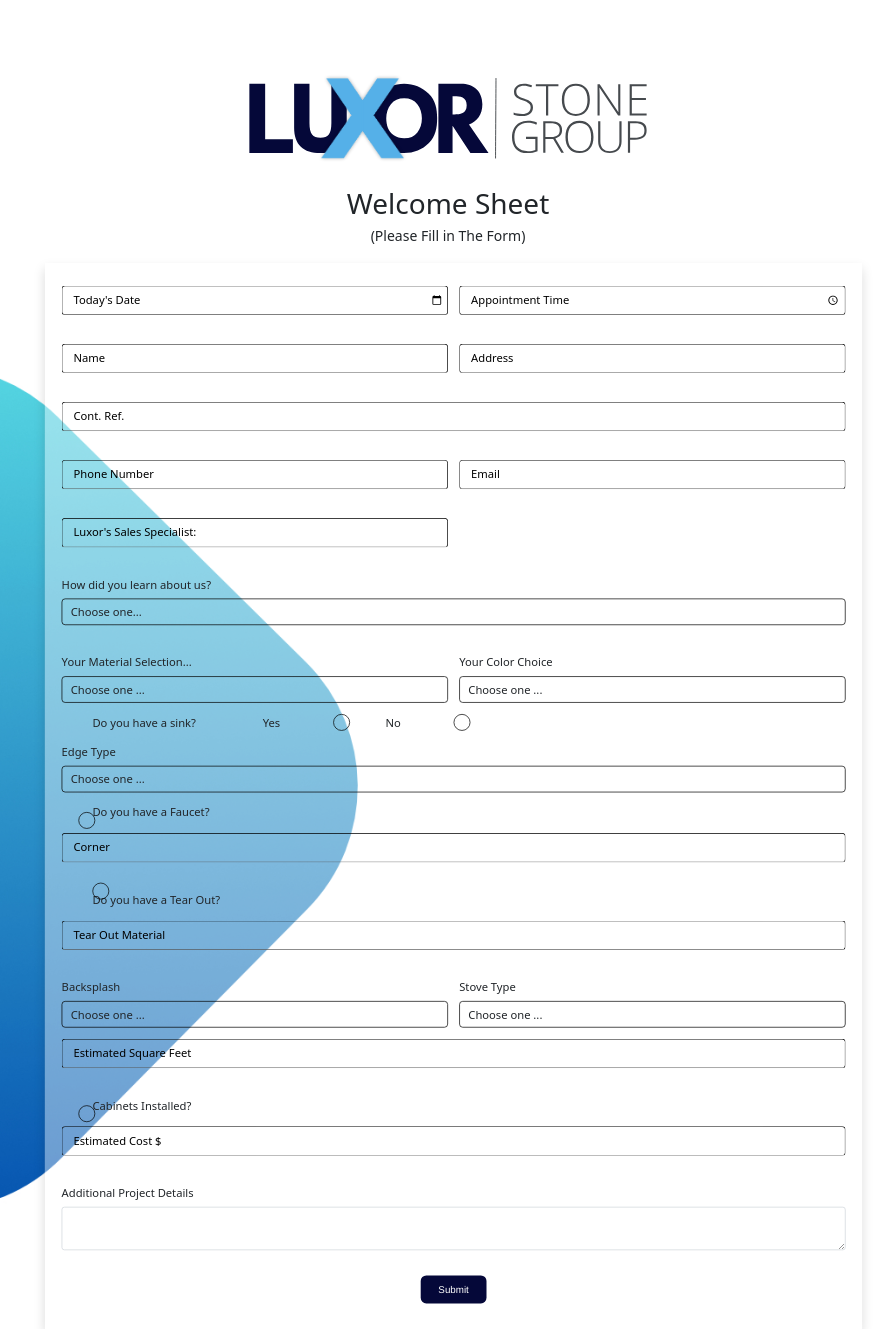
Repository: aya7abbal/Luxor-Customer-Form
Page: index.html
The author's editor kept a copy of each file at every save. The page is drawn from the files as they stood at one save, then again after the next save.
The browser window is 1280 px wide. The pictures show the whole page, at 70% of full size.
The style sheet was rebuilt from its Sass, Less or Tailwind sources for each picture, by a compiler version that may differ from the author's.

Above is the page before, as saved 2023-10-22 10:24:36.

### index.html
<!DOCTYPE html>
<html lang="en">
  <head>
    <meta charset="UTF-8" />
    <meta http-equiv="X-UA-Compatible" content="IE=edge" />
    <link
      href="https://cdn.jsdelivr.net/npm/bootstrap@5.0.2/dist/css/bootstrap.min.css"
      rel="stylesheet"
      integrity="sha384-EVSTQN3/azprG1Anm3QDgpJLIm9Nao0Yz1ztcQTwFspd3yD65VohhpuuCOmLASjC"
      crossorigin="anonymous"
    />
    <link rel="stylesheet" href="./Styles/styles.css" />
    <meta name="viewport" content="width=device-width, initial-scale=1.0" />
    <script src="./script.js"></script>

    <title>Document</title>
  </head>
  <body class="p-3">
    <div class="container">
      <div class="row py-4 py-lg-6">
        <div class="col-lg-12 d-flex align-items-center justify-content-center">
          <div style="z-index: 1" class="lc-block mb-n3 mb-lg-0">
            <img
              class="img-fluid p-3 m-3 logo"
              src="./Images/logo.svg"
              alt="Luxor Stone Group Logo"
            />
          </div>
          <!-- /lc-block -->
        </div>
        <!-- /col -->

        <div class="d-flex-col text-center">
          <h1>Welcome Sheet</h1>

          <p class="lead">(Please Fill in The Form)</p>
        </div>
        <!-- /lc-block -->
      </div>
    </div>

    <div class="box">
      <form class="row g-3 shadow p-3 mx-4 mx-md-5">
        <!-- Date -->
        <div class="col-md-6 col-12 input-container">
          <input type="date" required id="date" />

          <label for="date">Today's Date</label>
        </div>

        <!-- Time -->
        <div class="col-md-6 col-12 input-container">
          <input type="time" id="aptTime" required="" />

          <label for="aptTime">Appointment Time</label>
        </div>
        <!-- Name -->
        <div class="col-12 col-md-6 input-container">
          <input type="text" required />
          <label for="name">Name</label>
        </div>

        <!-- Address -->
        <div class="col-12 col-md-6 input-container">
          <input type="text" required id="address" />
          <label for="address">Address</label>
        </div>
        <!-- Cont. Ref. -->
        <div class="col-12 input-container">
          <input type="text" id="contRef" required="" />
          <label for="contRef">Cont. Ref.</label>
        </div>
        <!-- Phone Number -->
        <div class="col-md-6 col-12 input-container">
          <input type="number" id="mobile" required />
          <label for="mobile">Phone Number</label>
        </div>
        <!--Email -->
        <div class="col-md-6 col-12 input-container">
          <input type="emal" required id="email" />
          <label for="email">Email</label>
        </div>
        <!-- Project One
        <div class="col-md-6 col-12 input-container">
          <input type="text"  id="pone" required=""/>
          <label for="pone">Project One</label>
        </div>
        Project Two
        <div class="col-md-6 col-12 input-container">
          <input type="text"  id="ptwo" required=""/>
          <label for="ptwo">Project Two</label>
        </div> -->
        <!-- Sales Consultant -->
        <div class="col-md-6 col-12 input-container">
          <input type="text" required id="cons" />
          <label for="cons">Luxor's Sales Specialist:</label>
        </div>
        <!-- Tel -->
        <!-- <div class="col-md-6 col-12 input-container">
              <input type="text"  id="tel" required=""/>
              <label for="tel">Tel:</label>
            </div> -->

        <!-- Learn
    how -->
        <div class="col-12">
          <label for="learnHow" class="form-label"
            >How did you learn about us?</label
          >
          <select
            id="learnHow"
            class="form-select input-container"
            required
            onchange="otherSelected()"
          >
            <option value="">Choose one...</option>
            <option value="Google">Google</option>
            <option value="Facebook">Facebook</option>
            <option value="Instagram">Instagram</option>
            <option value="Mail">Direct Mail</option>
            <option value="Television">Television</option>
            <option value="Billboard">Billboard</option>
            <option value="Customer Referral">Customer Referral</option>
            <option value="Employee Referral">Employee Referral</option>
            <option value="social media">Other Social Media</option>
            <option>Other</option>
          </select>
          <div id="otherBox" style="display: none">
            If other: <input type="text" />
          </div>
        </div>
        <!-- Material Selection -->
        <div class="col-md-6">
          <label for="material" class="form-label"
            >Your Material Selection...</label
          >
          <select id="material" class="form-select" required>
            <option selected value="">Choose one ...</option>
            <option value="Granite">Granite</option>
            <option value="Quartz">Quartz</option>
            <option value="Quartzite">Quartzite</option>
            <option value="Marble">Marble</option>
            <option value="Onyx">Onyx</option>
            <option value="Porcelain">Porcelain</option>
          </select>
        </div>
        <!-- Color Choice -->
        <div class="col-md-6">
          <label for="color" class="form-label"> Your Color Choice</label>
          <select id="color" class="form-select" required>
            <option selected value="">Choose one ...</option>
            <option value="Shades of White">Shades of White</option>
            <option value="Shades of Brown">Shades of Brown</option>
            <option value="Shades of Grey">Shades of Grey</option>
            <option value="Shades of Blue">Shades of Blue</option>
            <option value="Shades of Green">Shades of Green</option>
            <option value="Shades of Black">Shades of Black</option>
          </select>
        </div>
        <!-- Sink Check -->
        <div class="col-12" >
          <div class="form-check" style="display: flex; justify-content: space-between;width: 50%; align-items: center;">
            <label class="form-check-label" for="sinkCheck">
              Do you have a sink?</label
            >
            <div class="yes">Yes</div>
            <div class="cbx">
              <input id="cbx" type="checkbox" />
              <label for="cbx"></label>
              <svg width="15" height="14" viewbox="0 0 15 14" fill="none">
                <path d="M2 8.36364L6.23077 12L13 2"></path>
              </svg>
              <svg xmlns="http://www.w3.org/2000/svg" version="1.1">
                <defs>
                  <filter id="goo">
                    <fegaussianblur
                      in="SourceGraphic"
                      stddeviation="4"
                      result="blur"
                    ></fegaussianblur>
                    <fecolormatrix
                      in="blur"
                      mode="matrix"
                      values="1 0 0 0 0  0 1 0 0 0  0 0 1 0 0  0 0 0 22 -7"
                      result="goo"
                    ></fecolormatrix>
                    <feblend in="SourceGraphic" in2="goo"></feblend>
                  </filter>
                </defs>
              </svg>
            </div>

            <div class="no">No</div>
            <div class="cbx">
              <input id="cbx" type="checkbox" />
              <label for="cbx"></label>
              <svg width="15" height="14" viewbox="0 0 15 14" fill="none">
                <path d="M2 8.36364L6.23077 12L13 2"></path>
              </svg>
              <svg xmlns="http://www.w3.org/2000/svg" version="1.1">
                <defs>
                  <filter id="goo">
                    <fegaussianblur
                      in="SourceGraphic"
                      stddeviation="4"
                      result="blur"
                    ></fegaussianblur>
                    <fecolormatrix
                      in="blur"
                      mode="matrix"
                      values="1 0 0 0 0  0 1 0 0 0  0 0 1 0 0  0 0 0 22 -7"
                      result="goo"
                    ></fecolormatrix>
                    <feblend in="SourceGraphic" in2="goo"></feblend>
                  </filter>
                </defs>
              </svg>
            </div>
          </div>
        </div>
        <!-- Edge Type -->
        <div class="col-12">
          <label for="edge" class="form-label"> Edge Type</label>
          <select id="edge" class="form-select" required>
            <option selected value="">Choose one ...</option>
            <option value="Erased">Erased</option>
            <option value="Half Bull Nose">Half Bull Nose</option>
            <option value="Fill Bull Nose">Fill Bull Nose</option>
            <option value="Erased">Quarter Bevel</option>
          </select>
        </div>
        <!-- Faucet Check -->
        <div class="col-12">
          <div class="form-check">
            <label class="form-check-label" for="sinkCheck">
              Do you have a Faucet?</label
            >
            <!-- <input class="form-check-input" type="checkbox" id="sinkCheck" /> -->

            <div class="cbx">
              <input id="cbx" type="checkbox" />
              <label for="cbx"></label>
              <svg width="15" height="14" viewbox="0 0 15 14" fill="none">
                <path d="M2 8.36364L6.23077 12L13 2"></path>
              </svg>
              <svg xmlns="http://www.w3.org/2000/svg" version="1.1">
                <defs>
                  <filter id="goo">
                    <fegaussianblur
                      in="SourceGraphic"
                      stddeviation="4"
                      result="blur"
                    ></fegaussianblur>
                    <fecolormatrix
                      in="blur"
                      mode="matrix"
                      values="1 0 0 0 0  0 1 0 0 0  0 0 1 0 0  0 0 0 22 -7"
                      result="goo"
                    ></fecolormatrix>
                    <feblend in="SourceGraphic" in2="goo"></feblend>
                  </filter>
                </defs>
              </svg>
            </div>
          </div>
        </div>
        <!-- Corner -->
        <div class="col-12 input-container">
          <input type="text" id="corner" required />
          <label for="corner">Corner</label>
        </div>

        <!-- Tear Out Check -->
        <div class="col-12">
          <div class="form-check">
            <label class="form-check-label" for="tearCheck">
              <!-- <input class="form-check-input" type="checkbox" id="tearCheck" /> -->
              <div class="cbx">
                <input id="cbx" type="checkbox" />
                <label for="cbx"></label>
                <svg width="15" height="14" viewbox="0 0 15 14" fill="none">
                  <path d="M2 8.36364L6.23077 12L13 2"></path>
                </svg>
                <svg xmlns="http://www.w3.org/2000/svg" version="1.1">
                  <defs>
                    <filter id="goo">
                      <fegaussianblur
                        in="SourceGraphic"
                        stddeviation="4"
                        result="blur"
                      ></fegaussianblur>
                      <fecolormatrix
                        in="blur"
                        mode="matrix"
                        values="1 0 0 0 0  0 1 0 0 0  0 0 1 0 0  0 0 0 22 -7"
                        result="goo"
                      ></fecolormatrix>
                      <feblend in="SourceGraphic" in2="goo"></feblend>
                    </filter>
                  </defs>
                </svg>
              </div>
              Do you have a Tear Out?</label
            >
          </div>
        </div>

        <!-- Tear Out Type -->
        <div class="col-12 input-container">
          <input type="text" id="tearMaterial" required />
          <label for="tearMaterial">Tear Out Material</label>
        </div>

        <!-- Backsplash-->
        <div class="col-md-6 col-12">
          <label for="backsplash" class="form-label"> Backsplash</label>
          <select id="backsplash" class="form-select" required>
            <option selected>Choose one ...</option>
            <option>4"</option>
            <option>6"</option>
            <option>Full</option>
          </select>
        </div>
        <!-- Stove Type -->
        <div class="col-md-6 col-12">
          <label for="stoveType" class="form-label"> Stove Type</label>
          <select id="stoveType" class="form-select" required>
            <option selected>Choose one ...</option>
            <option>Cook Top</option>
          </select>
        </div>
        <!--Area-->
        <div class="col-12 input-container">
          <input type="number" id="area" required />
          <label for="area">Estimated Square Feet</label>
        </div>
        <!-- Cabinets Check -->
        <div class="col-12">
          <div class="form-check">
            <label class="form-check-label" for="cabinets">
              Cabinets Installed?</label
            >
            <div class="cbx">
              <input id="cbx" type="checkbox" />
              <label for="cbx"></label>
              <svg width="15" height="14" viewbox="0 0 15 14" fill="none">
                <path d="M2 8.36364L6.23077 12L13 2"></path>
              </svg>
              <svg xmlns="http://www.w3.org/2000/svg" version="1.1">
                <defs>
                  <filter id="goo">
                    <fegaussianblur
                      in="SourceGraphic"
                      stddeviation="4"
                      result="blur"
                    ></fegaussianblur>
                    <fecolormatrix
                      in="blur"
                      mode="matrix"
                      values="1 0 0 0 0  0 1 0 0 0  0 0 1 0 0  0 0 0 22 -7"
                      result="goo"
                    ></fecolormatrix>
                    <feblend in="SourceGraphic" in2="goo"></feblend>
                  </filter>
                </defs>
              </svg>
            </div>
            <!-- <input class="form-check-input" type="checkbox" id="cabinets" required/> -->
          </div>
        </div>
        <!--Cost-->
        <div class="col-12 input-container">
          <input type="number" id="price" required />
          <label for="price">Estimated Cost $</label>
        </div>
        <!-- Additional Details -->
        <div class="col-12">
          <label for="details" class="form-label"
            >Additional Project Details</label
          >
          <textarea class="form-control" aria-label="With textarea"></textarea>
        </div>

        <!-- Submit Button -->
        <div class="col-12 d-flex justify-content-center">
          <button type="submit" class="btn button-1">Submit</button>
        </div>
        <!-- /lc-block -->
      </form>
    </div>
  </body>
</html>

Loaded but not shown: script.js (23 lines, source omitted); Styles/styles.scss (217 lines, source omitted)

After the next save:
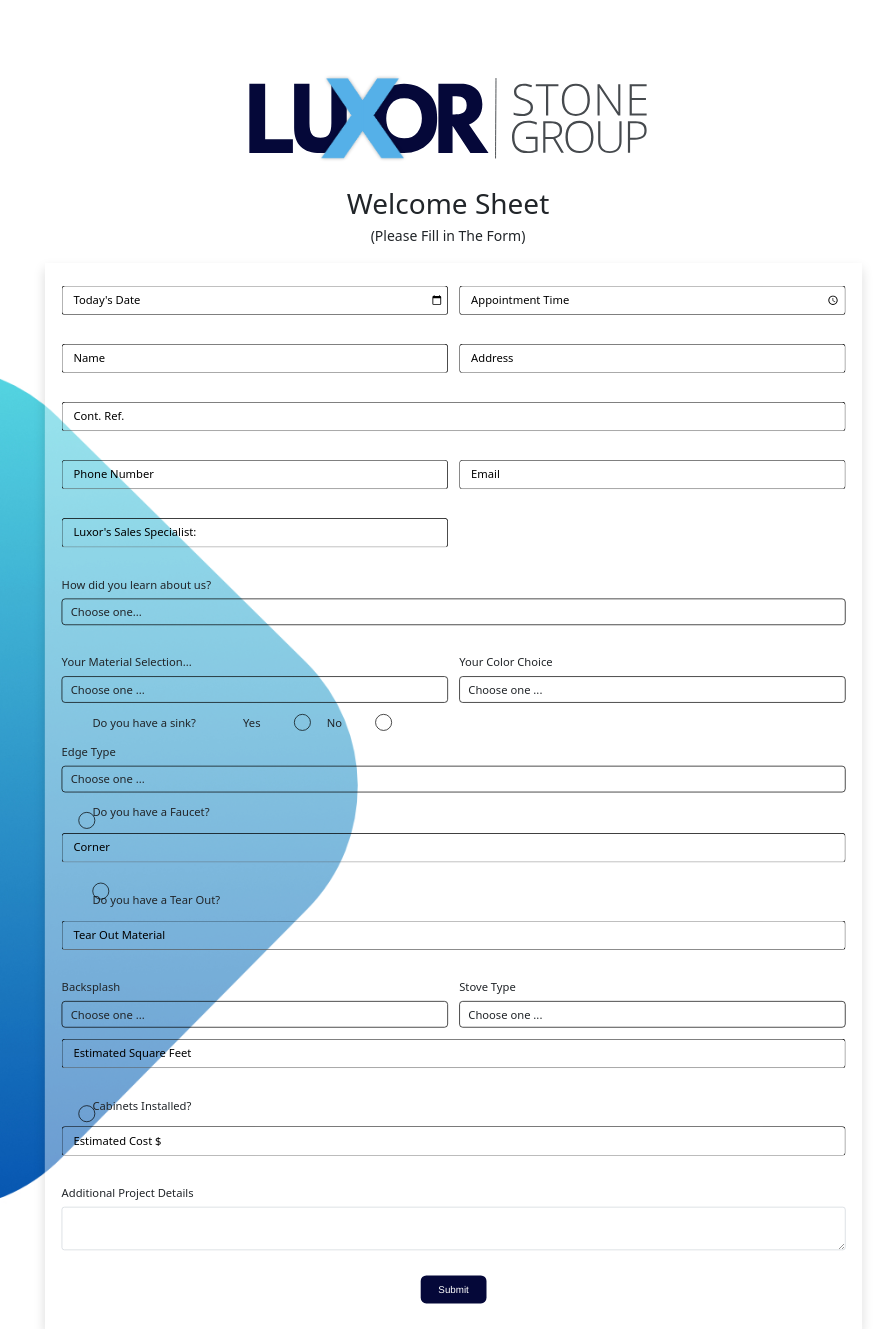
Saved 40 s later.
--- a/index.html
+++ b/index.html
@@ -159,7 +159,7 @@
         </div>
         <!-- Sink Check -->
         <div class="col-12" >
-          <div class="form-check" style="display: flex; justify-content: space-between;width: 50%; align-items: center;">
+          <div class="form-check" style="display: flex; justify-content: space-between;width: 40%; align-items: center;">
             <label class="form-check-label" for="sinkCheck">
               Do you have a sink?</label
             >

After the save that followed:
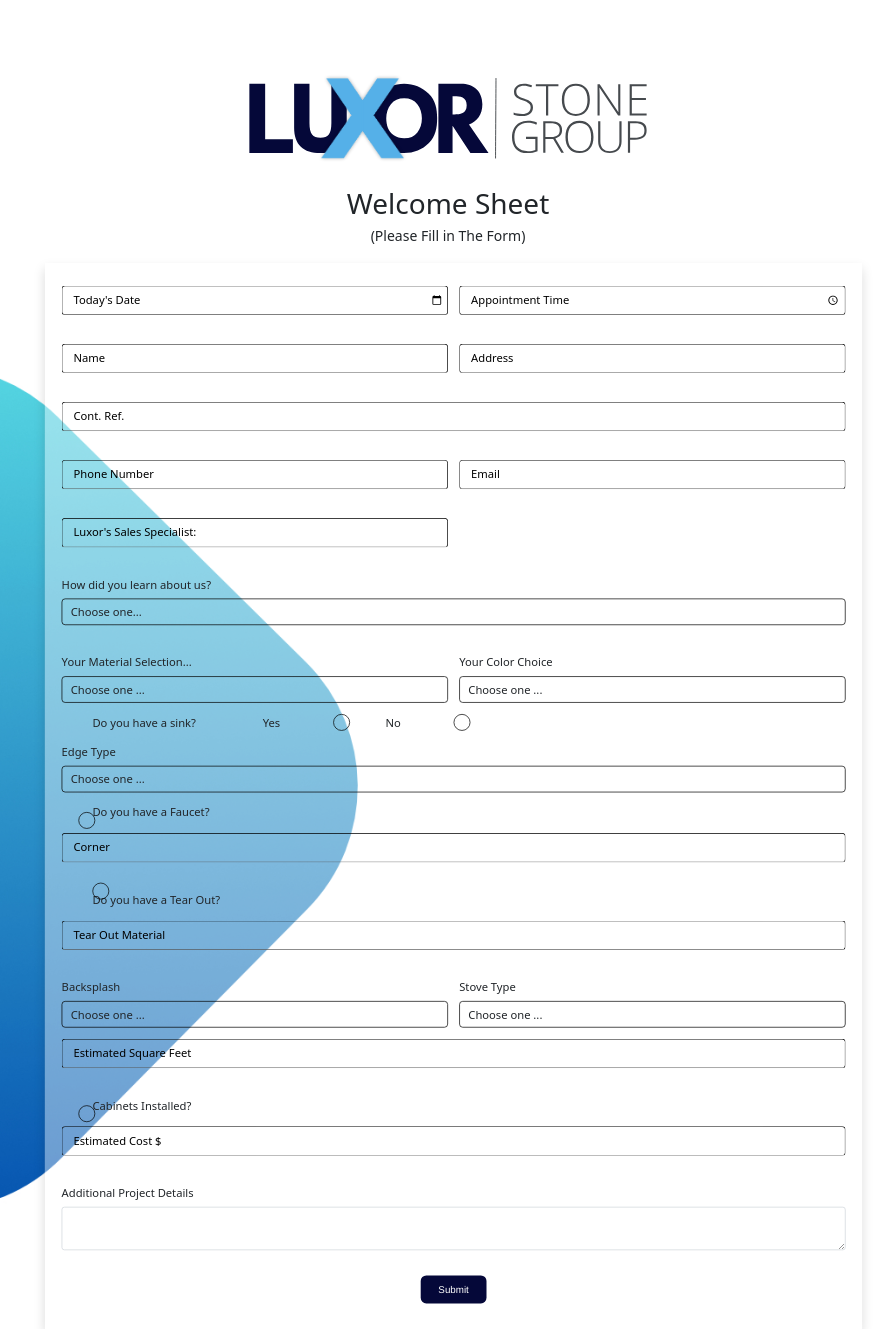
Saved 5 s later.
--- a/index.html
+++ b/index.html
@@ -159,7 +159,7 @@
         </div>
         <!-- Sink Check -->
         <div class="col-12" >
-          <div class="form-check" style="display: flex; justify-content: space-between;width: 40%; align-items: center;">
+          <div class="form-check" style="display: flex; justify-content: space-between;width: 50%; align-items: center;">
             <label class="form-check-label" for="sinkCheck">
               Do you have a sink?</label
             >
